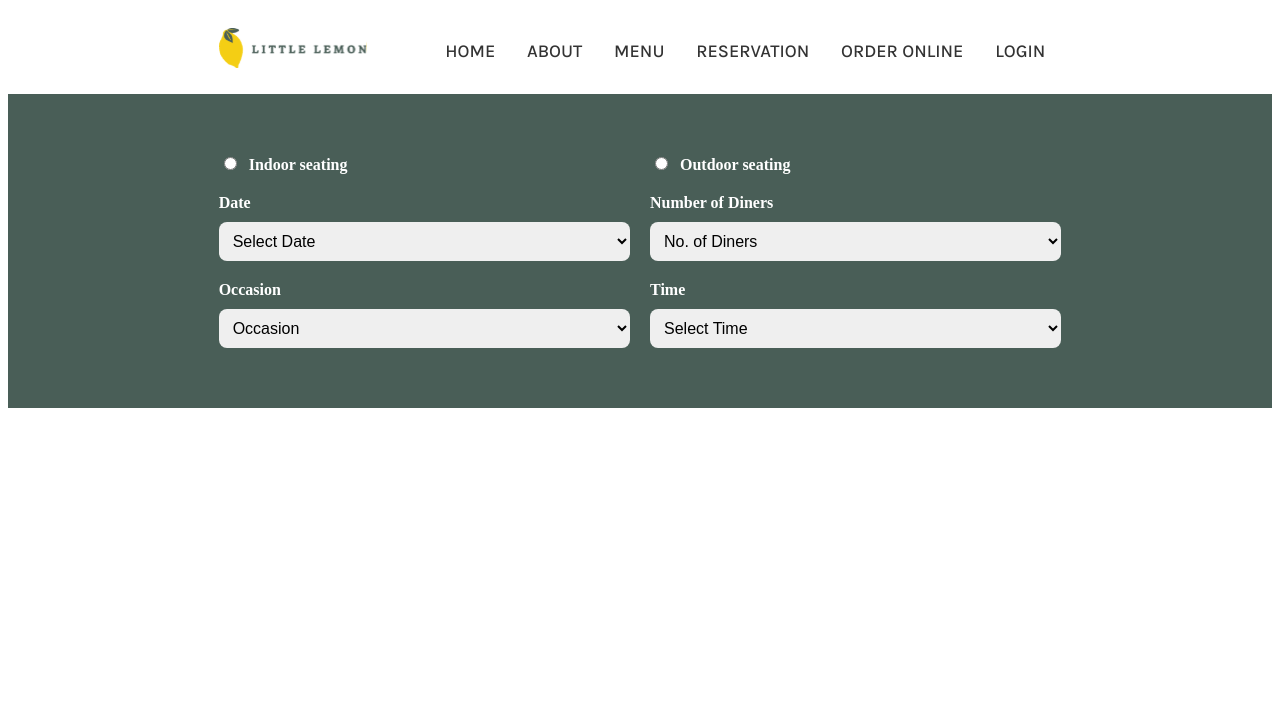
Repository: Yeshwanth-189/little-lemon
Page: /reservation (app in little-lemon/)
The author's editor kept a copy of each file at every save. The page is drawn from the files as they stood at one save, then again after the next save.
The browser window is 1280 px wide. The pictures show the whole page.
The project was rebuilt for these pictures with package versions that can differ from the ones it lists, and the page was loaded fresh each time. Also part of the build but not shown: little-lemon/src/index.css, little-lemon/src/components/Hero/Hero.css, little-lemon/src/components/Hero/Hero.jsx, little-lemon/src/components/Specials/Specials.css, little-lemon/src/components/Specials/Specials.jsx, little-lemon/src/components/Testimonials/Testimonials.css, little-lemon/src/components/Testimonials/Testimonials.jsx, little-lemon/src/components/About/About.css and 3 more.

Above is the page before, as saved 2025-04-26 22:24:25.

### little-lemon/public/index.html
<!DOCTYPE html>
<html lang="en">
  <head>
    <meta charset="utf-8" />
    <link rel="icon" href="%PUBLIC_URL%/Logo.png" />
    <meta name="viewport" content="width=device-width, initial-scale=1" />
    <meta name="theme-color" content="#000000" />
    <meta
      name="description"
      content="Little Lemon is a family-run Mediterranean restaurant in Chicago, IL."
    />
    <meta name="og:image" content="%PUBLIC_URL%/Logo.png" />
    <meta name="og:title" content="Little-Lemon Restaurant" />
    <link rel="apple-touch-icon" href="%PUBLIC_URL%/Logo.png" />
    <!--
      manifest.json provides metadata used when your web app is installed on a
      user's mobile device or desktop. See https://developers.google.com/web/fundamentals/web-app-manifest/
    -->
    <link rel="manifest" href="%PUBLIC_URL%/manifest.json" />
    <!--
      Notice the use of %PUBLIC_URL% in the tags above.
      It will be replaced with the URL of the `public` folder during the build.
      Only files inside the `public` folder can be referenced from the HTML.

      Unlike "/favicon.ico" or "favicon.ico", "%PUBLIC_URL%/favicon.ico" will
      work correctly both with client-side routing and a non-root public URL.
      Learn how to configure a non-root public URL by running `npm run build`.
    -->
    <title>Little Lemon</title>
    <link rel="stylesheet" href="%PUBLIC_URL%/index.css" />
    <link rel="preconnect" href="https://fonts.googleapis.com" />
    <link rel="preconnect" href="https://fonts.gstatic.com" crossorigin />
    <link
      href="https://fonts.googleapis.com/css2?family=Karla:ital,wght@0,200..800;1,200..800&display=swap"
      rel="stylesheet"
    />
    <link rel="preconnect" href="https://fonts.googleapis.com" />
    <link rel="preconnect" href="https://fonts.gstatic.com" crossorigin />
    <link
      href="https://fonts.googleapis.com/css2?family=Karla:ital,wght@0,200..800;1,200..800&family=Roboto:ital,wght@0,100..900;1,100..900&display=swap"
      rel="stylesheet"
    />
  </head>
  <body>
    <noscript>You need to enable JavaScript to run this app.</noscript>
    <div id="root"></div>
    <!--
      This HTML file is a template.
      If you open it directly in the browser, you will see an empty page.

      You can add webfonts, meta tags, or analytics to this file.
      The build step will place the bundled scripts into the <body> tag.

      To begin the development, run `npm start` or `yarn start`.
      To create a production bundle, use `npm run build` or `yarn build`.
    -->
  </body>
</html>

### little-lemon/src/App.js
import React from "react";
import { BrowserRouter as Router, Routes, Route } from "react-router-dom";
import Nav from "./components/Navigation/NavBar";
import Hero from "./components/Hero/Hero";
import Specials from "./components/Specials/Specials";
import Testimonials from "./components/Testimonials/Testimonials";
import About from "./components/About/About";
import Footer from "./components/Footer/Footer";
import Reservation from "./components/Reservation/Reservation";

function Home() {
  return (
    <div>
      <Hero />
      <Specials />
      <Testimonials />
      <About />
      <Footer />
    </div>
  );
}

function Menu() {
  return <h1>Menu Page</h1>;
}

function App() {
  return (
    <Router>
      <Nav />
      <Routes>
        <Route path="/" element={<Home />} />
        <Route path="/menu" element={<Menu />} />
        <Route path="/about" element={<About />} />
        <Route path="/reservation" element={<Reservation />} />
      </Routes>
    </Router>
  );
}

export default App;

### little-lemon/src/components/Navigation/NavBar.jsx
import React from "react";
import { Link as RouterLink } from "react-router-dom";
import { Link as ScrollLink } from "react-scroll";
import Logo from "../../assets/Logo.svg";
import "./NavBar.css";

function Nav() {
  return (
    <nav className="nav-grid">
      {/* Empty 1-2 columns */}
      <div className="nav-empty"></div>

      {/* Logo 3-4 */}
      <div className="nav-logo">
        <img src={Logo} alt="Little Lemon Logo" />
      </div>

      {/* Nav links 5-10 */}
      <div className="nav-links">
        <RouterLink to="/">HOME</RouterLink>
        <ScrollLink
          to="about"
          smooth={true}
          duration={1000}
          offset={-70} // Adjust if your NavBar is sticky
        >
          ABOUT
        </ScrollLink>
        <RouterLink to="/menu">MENU</RouterLink>
        <RouterLink to="/reservation">RESERVATION</RouterLink>
        <RouterLink to="/order-online">ORDER ONLINE</RouterLink>
        <RouterLink to="/login">LOGIN</RouterLink>
      </div>

      {/* Empty 11-12 columns */}
      <div className="nav-empty"></div>
    </nav>
  );
}

export default Nav;

### little-lemon/src/components/Reservation/Reservation.jsx
import React from "react";
import "./Reservation.css";

function Reservation() {
  return (
    <section className="reservation-grid">
      {/* Empty left margin */}
      <div className="reservation-empty"></div>

      {/* Main Reservation Form */}
      <div className="reservation-main">
        {/* Row 1: Seating Options */}
        <div className="reservation-row">
          <div className="reservation-col">
            <label>
              <input type="radio" name="seating" value="indoor" /> Indoor
              seating
            </label>
          </div>
          <div className="reservation-col">
            <label>
              <input type="radio" name="seating" value="outdoor" /> Outdoor
              seating
            </label>
          </div>
        </div>

        {/* Row 2: Date and Diners */}
        <div className="reservation-row">
          <div className="reservation-col">
            <label>Date</label>
            <select>
              <option>Select Date</option>
              <option>April 27, 2025</option>
              <option>April 28, 2025</option>
            </select>
          </div>
          <div className="reservation-col">
            <label>Number of Diners</label>
            <select>
              <option>No. of Diners</option>
              <option>1</option>
              <option>2</option>
              <option>3</option>
              <option>4</option>
            </select>
          </div>
        </div>

        {/* Row 3: Occasion and Time */}
        <div className="reservation-row">
          <div className="reservation-col">
            <label>Occasion</label>
            <select>
              <option>Occasion</option>
              <option>Birthday</option>
              <option>Anniversary</option>
              <option>Other</option>
            </select>
          </div>
          <div className="reservation-col">
            <label>Time</label>
            <select>
              <option>Select Time</option>
              <option>5:00 PM</option>
              <option>6:00 PM</option>
              <option>7:00 PM</option>
            </select>
          </div>
        </div>
      </div>

      {/* Empty right margin */}
      <div className="reservation-empty"></div>
    </section>
  );
}

export default Reservation;

### little-lemon/src/components/Navigation/NavBar.css
.nav-grid {
  display: grid;
  grid-template-columns: repeat(12, 1fr);
  align-items: center;
  background-color: white;
  padding: 20px 0;
  position: sticky;
  top: 0;
  z-index: 10;
  font-family: "karla", sans-serif;
  font-size: 20px;
  font-weight: 700;
}

/* Empty columns for margins */
.nav-empty {
  grid-column: span 2;
}

/* Logo */
.nav-logo {
  grid-column: span 2;
  font-size: 24px;
  font-weight: bold;
  color: #495e57;
}

.nav-logo a {
  text-decoration: none;
  color: inherit;
}

/* Links */
.nav-links {
  grid-column: span 6;
  display: flex;
  justify-content: space-around;
  align-items: center;
}

.nav-links a {
  text-decoration: none;
  color: #333;
  font-size: 18px;
  font-weight: 500;
}

.nav-links a:hover {
  color: #f4ce14;
}

/* MOBILE RESPONSIVE */
@media (max-width: 768px) {
  .nav-grid {
    grid-template-columns: repeat(4, 1fr);
    padding: 10px 0;
  }

  .nav-empty {
    display: none; /* No margin on mobile */
  }

  .nav-logo {
    grid-column: span 2;
    font-size: 20px;
    text-align: left;
    padding-left: 10px;
  }

  .nav-links {
    grid-column: span 2;
    display: flex;
    flex-direction: column; /* Stack links vertically */
    gap: 10px;
    align-items: flex-end;
    padding-right: 10px;
  }

  .nav-links a {
    font-size: 16px;
  }
}

### little-lemon/src/components/Reservation/Reservation.css
.reservation-grid {
  display: grid;
  grid-template-columns: repeat(12, 1fr);
  width: 100%;
  max-width: 1440px;
  margin: 0 auto;
  min-width: 600px;
  padding: 60px 0;
  background-color: #495e57; /* Background like your Figma */
  color: white;
}

/* Empty margins */
.reservation-empty {
  display: none;
}

/* Main Section (3-10 columns) */
.reservation-main {
  grid-column: 3 / span 8;
  display: flex;
  flex-direction: column;
  gap: 20px;
}

/* Each Row */
.reservation-row {
  display: flex;
  justify-content: space-between;
  gap: 20px;
}

/* Each Column inside Row */
.reservation-col {
  flex: 1;
  display: flex;
  flex-direction: column;
  gap: 10px;
}

/* Inputs and Selects */
.reservation-col input[type="radio"] {
  margin-right: 8px;
}

.reservation-col select {
  padding: 10px;
  border-radius: 8px;
  border: none;
  font-size: 16px;
}

/* Labels */
.reservation-col label {
  font-size: 16px;
  font-weight: bold;
}

/* MOBILE RESPONSIVE */
@media (max-width: 768px) {
  .reservation-grid {
    grid-template-columns: repeat(4, 1fr);
    padding: 30px 0;
  }

  .reservation-main {
    grid-column: 1 / span 4;
  }

  .reservation-row {
    flex-direction: column;
  }
}

Loaded but not shown: little-lemon/src/index.js (common file); little-lemon/src/reportWebVitals.js (common file); little-lemon/public/index.css (common file)

After the next save:
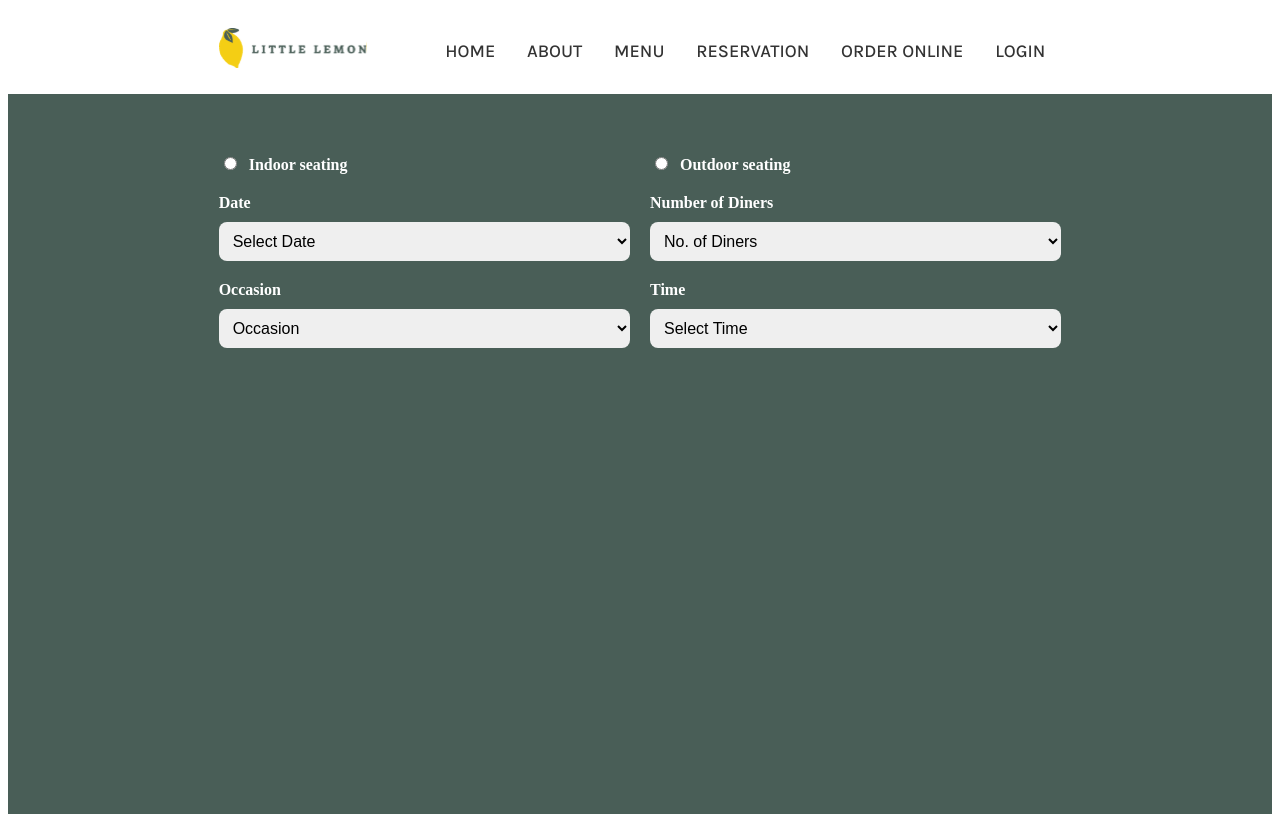
Saved 19 s later.
--- a/little-lemon/src/components/Reservation/Reservation.css
+++ b/little-lemon/src/components/Reservation/Reservation.css
@@ -4,7 +4,7 @@
   width: 100%;
   max-width: 1440px;
   margin: 0 auto;
-  min-width: 600px;
+  min-height: 600px;
   padding: 60px 0;
   background-color: #495e57; /* Background like your Figma */
   color: white;
